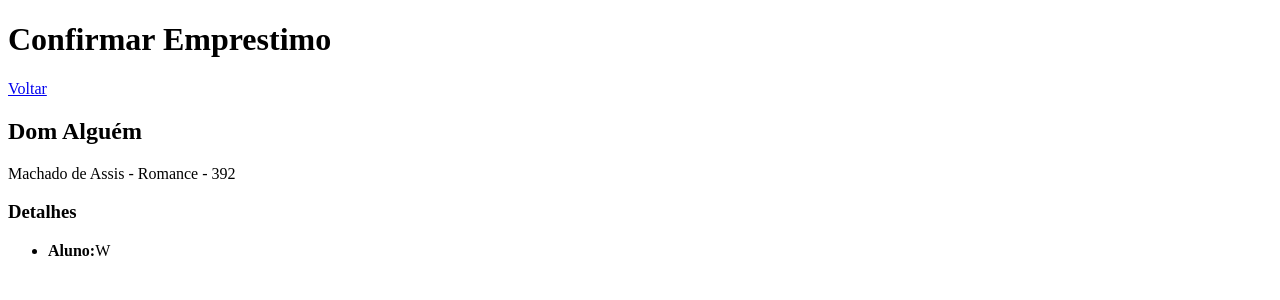
Repository: melloeduarda/html
Page: confirmar.html
These files come from the project's save history. The page is drawn as it stood at one moment and after the next save; the edit follows.
The browser window is 1280 px wide. The pictures show the whole page.

Above is the page before, as saved 2026-10-28 16:19:35.

After the next save:
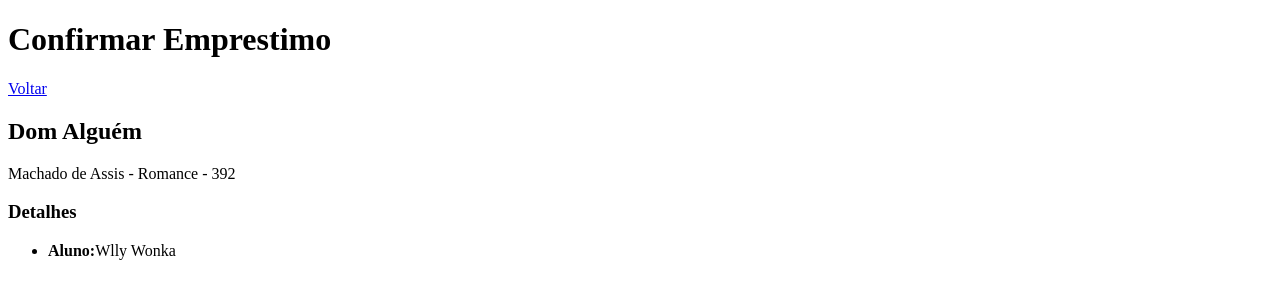
Saved 5 s later.
--- a/confirmar.html
+++ b/confirmar.html
@@ -16,7 +16,7 @@
 
         <h3>Detalhes</h3>
         <ul>
-            <li><strong>Aluno:</strong>W</li>
+            <li><strong>Aluno:</strong>Wlly Wonka</li>
         </ul>
 </body>
 </html>
